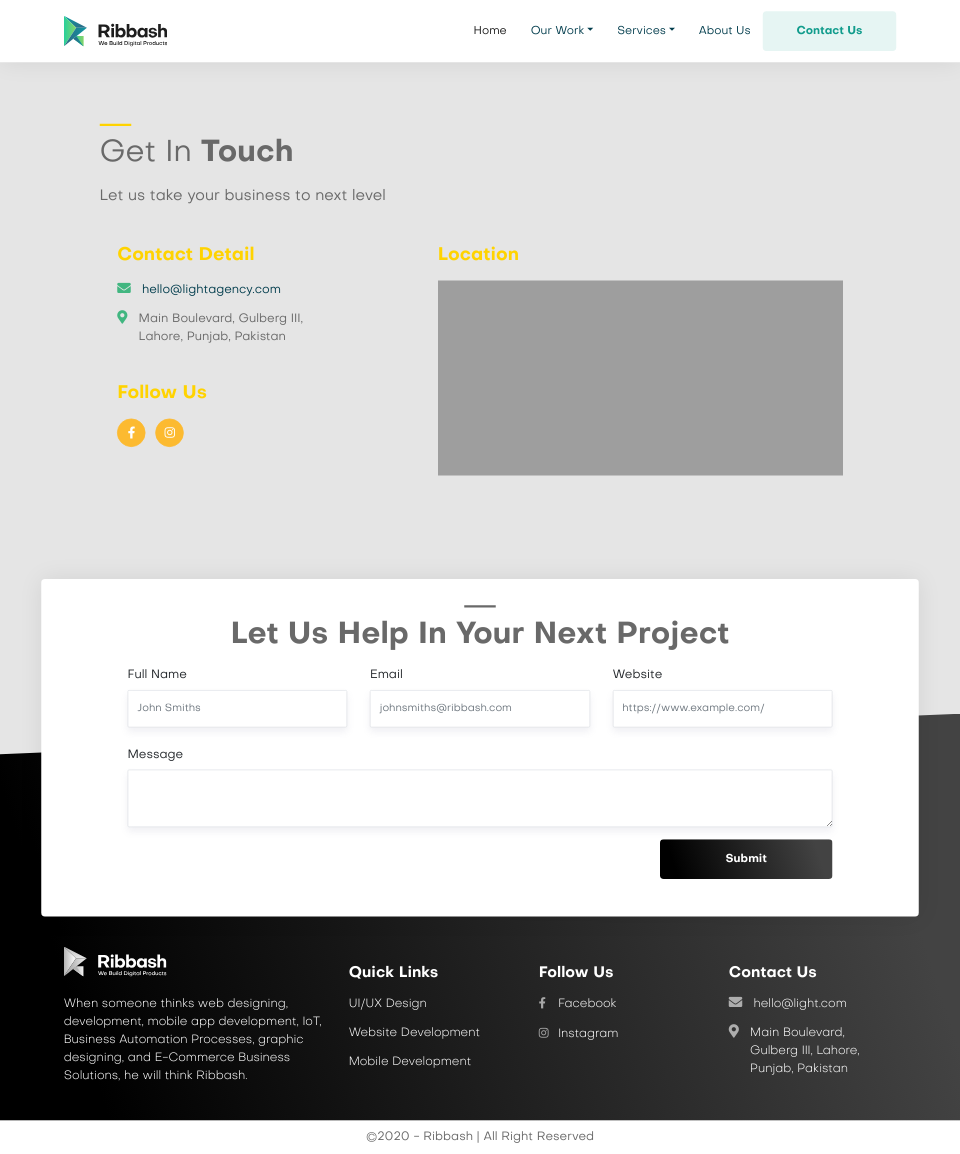
Repository: ahsankalim09/light-Agency
Page: contact-us.html
An editor plug-in stored every save of this project. The page is shown before and after the next save, followed by the edit.
The browser window is 1280 px wide. The pictures show the whole page, at 75% of full size.
Pictures or frames that could not be fetched are drawn as grey boxes.

Above is the page before, as saved 2020-11-07 18:34:15.

### contact-us.html
<!DOCTYPE html>
<html lang="en">

<!-- Mirrored from www.ribbash.com/contact-us.html by HTTrack Website Copier/3.x [XR&CO'2014], Sun, 11 Oct 2020 15:06:15 GMT -->
<head>
	<meta charset="UTF-8">
	<meta name="viewport" content="width=device-width, initial-scale=1.0">
	<title>Contact Us - Ribbash Digital</title>

	<!-- CSS -->
    <link rel="stylesheet" href="css/bootstrap.min.css" media="all" />
    <link rel="stylesheet" href="css/all.min.css" media="all" />
    <link rel="stylesheet" href="css/owl.carousel.min.css" media="all" />
	<link rel="stylesheet" href="css/owl.theme.default.min.css" media="all" />
	<link rel="stylesheet" href="css/animate.min.css" media="all" />

	<link rel="stylesheet" href="css/el_style.css">

    <link rel="stylesheet" href="css/style.css" media="all" />
    <link rel="stylesheet" href="css/colors.css" media="all" />
	<link rel="stylesheet" href="css/responsive.css" media="all" />

	<link rel="icon" href="img/favicon.svg" type="image/svg+xml" sizes="any" />

	<script src="../www.google.com/recaptcha/api.js" async defer></script>

	<!-- Global site tag (gtag.js) - Google Analytics -->
    <script async src="https://www.googletagmanager.com/gtag/js?id=UA-175567433-1"></script>
    <script>
      window.dataLayer = window.dataLayer || [];
      function gtag(){dataLayer.push(arguments);}
      gtag('js', new Date());

      gtag('config', 'UA-175567433-1');
    </script>

</head>

<body>
	<div class="rd-wrap">

		<!--Header Section Start-->
		<header class="rd-header fixed-top rd-header-white">
			<div class="container">
				<nav class="navbar navbar-expand-lg navbar-light px-0 rd-navbar">
					<a class="navbar-brand rd-logo py-0" href="index-2.html">
						<img src="img/logo-black.svg" alt="logo" />
					</a>
					<button class="navbar-toggler" type="button" data-toggle="collapse" data-target="#defaultNavbar1" aria-controls="defaultNavbar1" aria-expanded="false" aria-label="Toggle navigation">
						<span class="navbar-toggler-icon"></span>
					</button>

					<div class="collapse navbar-collapse" id="defaultNavbar1">
						<ul class="navbar-nav ml-auto rd-navmenu">
							<li class="nav-item active">
								<a class="nav-link pl-3 pr-3" href="index-2.html">Home <span class="sr-only">(current)</span></a>
							</li>
							<li class="nav-item dropdown">
								<a class="nav-link dropdown-toggle pl-3 pr-3" href="#" id="ourWorkDropdown" role="button" data-toggle="dropdown" aria-haspopup="true" aria-expanded="false">Our Work</a>
								<div class="dropdown-menu rd-dropdown-work" aria-labelledby="ourWorkDropdown">
									<div class="container">
										<div class="row row-cols-1 row-cols-lg-6 align-items-center justify-content-sm-center">
											<div class="col">
												<a class="dropdown-item" href="nomad.html" data-toggle="tooltip" data-placement="bottom" title="Nomad">
													<img src="img/Nomad.svg" alt="Nomad" />
													<span>Nomad</span>
												</a>
											</div>
											<div class="col">
												<a class="dropdown-item" href="onshore.html" data-toggle="tooltip" data-placement="bottom" title="Onshore Momentum">
													<img src="img/Onshore-Momentum.svg" alt="Onshore" />
													<span>Onshore Momentum</span>
												</a>
											</div>
											<div class="col">
												<a class="dropdown-item" href="one-gift.html" data-toggle="tooltip" data-placement="bottom" title="OneGift">
													<img src="img/OneGift.svg" alt="OneGift" />
													<span>OneGift</span>
												</a>
											</div>
											<div class="col">
												<a class="dropdown-item" href="no-bs-dashboard.html" data-toggle="tooltip" data-placement="bottom" title="NO-BS Dashboard">
													<img src="img/NO-BS.svg" alt="NO-BS Dashboard" />
													<span>NO-BS Dashboard</span>
												</a>
											</div>
											<div class="col">
												<a class="dropdown-item" href="yor-hero.html" data-toggle="tooltip" data-placement="bottom" title="YOR Hero">
													<img src="img/YorHero.svg" alt="YOR Hero" />
													<span>YOR Hero</span>
												</a>
											</div>
										</div>
									</div>
								</div>
							</li>
							<li class="nav-item dropdown">
								<a class="nav-link dropdown-toggle pl-3 pr-3" href="#" id="servicesDropdown" role="button" data-toggle="dropdown" aria-haspopup="true" aria-expanded="false">Services</a>
								<div class="dropdown-menu rd-dropdown-services" aria-labelledby="servicesDropdown">
									<div class="container">
										<div class="row row-cols-1 row-cols-lg-3">
											<div class="col">
												<a class="dropdown-item" href="ui-ux.html">
													<img src="img/ui-ux-icon.svg" alt="ui-ux-icon" />
													<span>UI/UX Design</span>
												</a>
											</div>
											<div class="col">
												<a class="dropdown-item" href="web-development.html">
													<img src="img/web-development-icon.svg" alt="web-developer-icon" />
													<span>Web Development</span>
												</a>
											</div>
											<div class="col">
												<a class="dropdown-item" href="mobile-development.html">
													<img src="img/mobile-development-icon.svg" alt="mobile-developer-icon" />
													<span>Mobile Development</span>
												</a>
											</div>
										</div>
									</div>
								</div>
							</li>
							<!-- <li class="nav-item"><a class="nav-link pl-3 pr-3" href="#">Jobs</a></li> -->
							<li class="nav-item"><a class="nav-link pl-3 pr-3" href="about-us.html">About Us</a></li>
							<li class="nav-item px-3 px-lg-0"><a class="btn btn-light rd-button rd-button-green rd-button-effect1" href="contact-us.html">Contact Us</a></li>
						</ul>
					</div>
				</nav>
			</div>
		</header>
		<!--Header Section End-->

		<!--Get In Touch Section Start-->
		<section class="rd-pt-180 rd-pb-65">
			<div class="container">
				<div class="row justify-content-md-center">
					<div class="col-12 col-lg-11">
						<div class="rd-infobox rd-text-dark mb-5 wow fadeInUp">
							<h2 class="rd-title rd-title-strip rd-title-strip-green mb-3">
								<span class="font-weight-normal">Get in</span>
								<span class="font-weight-bold">touch</span>
							</h2>
							<p class="rd-text">Let us take your business to next level</p>
						</div>
					</div>
				</div>
				<div class="row justify-content-md-around">
					<div class="col-12 col-md-5 col-lg-4 col-xl-3 wow fadeInLeft">
						<div class="rd-contact-detail-wrap mb-5 mb-md-0">
							<div class="rd-contact-detail mb-5">
								<h2 class="rd-mini-title rd-text-green mb-3">
									<span class="font-weight-bold">Contact Detail</span>
								</h2>
								<ul class="rd-contact-info list-inline rd-text-dark mb-0">
									<li>
										<i class="fas fa-envelope"></i>
										<a href="mailto:hello@ribbash.com">hello@lightagency.com</a>
									</li>
									<!-- <li>
										<i class="fas fa-phone-alt"></i>
										<a href="#">+92 3xx xxxxxxx</a>
									</li> -->
									<li>
										<i class="fas fa-map-marker-alt"></i>
										<span>Main Boulevard, Gulberg III, Lahore, Punjab, Pakistan</span>
									</li>
								</ul>
							</div>
							<div class="rd-social-links">
								<h2 class="rd-mini-title rd-text-green mb-3">
									<span class="font-weight-bold">Follow us</span>
								</h2>
								<ul class="rd-social-links list-inline mb-0">
									<li class="list-inline-item">
										<a href="http://facebook.com/ribbashdigital" target="_blank"><i class="fab fa-facebook-f"></i></a>
									</li>
									<li class="list-inline-item">
										<a href="http://instagram.com/ribbashdigital" target="_blank"><i class="fab fa-instagram"></i></a>
									</li>
								</ul>
							</div>
						</div>
					</div>
					<div class="col-12 col-md-6 wow fadeInRight">
						<div class="rd-location">
							<h2 class="rd-mini-title rd-text-green mb-3">
								<span class="font-weight-bold">Location</span>
							</h2>
							<div class="rd-map">
								<iframe src="https://www.google.com/maps/embed?pb=!1m18!1m12!1m3!1d27213.593394060907!2d74.32574853281356!3d31.504951607962795!2m3!1f0!2f0!3f0!3m2!1i1024!2i768!4f13.1!3m3!1m2!1s0x3919045a28ff1d39%3A0xf71e739b84b3c3c!2sGulberg%20III%2C%20Lahore%2C%20Punjab%2C%20Pakistan!5e0!3m2!1sen!2s!4v1593698321407!5m2!1sen!2s" width="100%" height="260" frameborder="0" style="border:0;" allowfullscreen="" aria-hidden="false" tabindex="0"></iframe>
							</div>
						</div>
					</div>
				</div>
			</div>
		</section>
		<!--Get In Touch Section End-->

		<!--Contact Form Section Start-->
        <section class="rd-contact-form-section rd-pt-65">
            <div class="container-fluid">
                <div class="rd-contact-form-box rd-container-1170 wow pulse">
                    <div class="rd-infobox text-center">
                        <h2 class="rd-title rd-title-strip rd-title-strip-dark rd-title-strip-center rd-text-dark mb-3">
                            <span class="font-weight-bold">Let Us Help In Your Next Project</span>
                        </h2>
                    </div>
                    <form class="rd-contact-form" action="https://www.ribbash.com/includes/contact-form-handler.php" method="post">
                        <div class="row">
                            <div class="form-group col-md-4 mb-4">
                                <label for="full-name">Full Name</label>
                                <input type="text" name="full-name" id="full-name" class="form-control" placeholder="John Smiths">
                            </div>
                            <div class="form-group col-md-4 mb-4">
                                <label for="email">Email</label>
                                <input type="email" name="email" id="email" class="form-control" placeholder="johnsmiths@ribbash.com" required>
                            </div>
                            <div class="form-group col-md-4 mb-4">
                                <label for="website">Website</label>
                                <input type="text" name="website" id="website" class="form-control" placeholder="https://www.example.com/">
                            </div>
                        </div>
                        <div class="form-group">
                            <label for="message">Message</label>
                            <textarea class="form-control" name="message" id="message" rows="3" required></textarea>
                        </div>
                        <div class="d-sm-flex justify-content-sm-end align-items-sm-end text-center">
                            <div class="g-recaptcha" data-sitekey="6LfEOMMZAAAAAFNCLAlcVjky3u9YUYHCsePmSyY_"></div>
                            <button class="btn btn-light rd-button rd-gradient-bg-orient-blue rd-button-effect1 mt-4 mt-sm-0 ml-sm-3" type="submit">Submit</button>
                        </div>
                    </form>
                </div>
            </div>
        </section>
        <!--Contact Form Section End-->

		<!--Footer Section Start-->
		<footer class="rd-footer">
			<div class="rd-footer-top rd-gradient-bg-orient-blue pb-5 rd-clip-bg-top-left font-weight-light">
				<div class="container">
					<div class="row d-none">
						<div class="col">
							<div class="rd-infobox text-center">
								<h2 class="rd-title rd-title-strip rd-title-strip-center text-white mb-3">
									<span class="font-weight-bold">Company News</span>
								</h2>
							</div>
							<!--Owl-Carousel Start-->
							<div class="owl-carousel owl-theme rd-blog-carousel">
								<div class="card rd-blog-item border-0">
									<figure class="rd-blog-img mb-0">
										<img src="img/mask-group--14.jpg" srcset="img/mask-group--14@2x.jpg 2x, img/mask-group--14@3x.jpg 3x" alt="">
									</figure>
									<div class="card-body d-flex flex-column rd-blog-content">
										<h4 class="rd-blog-title">
											<a href="#">Lorem Ipsum is simply dummy text of the printing</a>
										</h4>
										<div class="rd-blog-metadata mt-auto">
											<span class="rd-blog-published"><i class="far fa-calendar-alt"></i>2 Days Ago</span>
											<span class="rd-blog-time"><i class="far fa-clock"></i>2 mint</span>
										</div>
									</div>
								</div>
								<div class="card rd-blog-item border-0">
									<figure class="rd-blog-img mb-0">
										<img src="img/mask-group--11.jpg" srcset="img/mask-group--11@2x.jpg 2x, img/mask-group--11@3x.jpg 3x" alt="">
									</figure>
									<div class="card-body d-flex flex-column rd-blog-content">
										<h4 class="rd-blog-title">
											<a href="#">Porem Ipsum is simply dummy of the printing and typesetting.</a>
										</h4>
										<div class="rd-blog-metadata mt-auto">
											<span class="rd-blog-published"><i class="far fa-calendar-alt"></i>2 Days Ago</span>
											<span class="rd-blog-time"><i class="far fa-clock"></i>2 mint</span>
										</div>
									</div>
								</div>
								<div class="card rd-blog-item border-0">
									<figure class="rd-blog-img mb-0">
										<img src="img/people-inside-room-3184657.jpg" srcset="img/people-inside-room-3184657@2x.jpg 2x, img/people-inside-room-3184657@3x.jpg 3x" alt="">
									</figure>
									<div class="card-body d-flex flex-column rd-blog-content">
										<h4 class="rd-blog-title">
											<a href="#">Horem Ipsum has been the industrys standard dummy text ever since.</a>
										</h4>
										<div class="rd-blog-metadata mt-auto">
											<span class="rd-blog-published"><i class="far fa-calendar-alt"></i>2 Days Ago</span>
											<span class="rd-blog-time"><i class="far fa-clock"></i>2 mint</span>
										</div>
									</div>
								</div>
								<div class="card rd-blog-item border-0">
									<figure class="rd-blog-img mb-0">
										<img src="img/mask-group--11.jpg" srcset="img/mask-group--11@2x.jpg 2x, img/mask-group--11@3x.jpg 3x" alt="">
									</figure>
									<div class="card-body d-flex flex-column rd-blog-content">
										<h4 class="rd-blog-title">
											<a href="#">Porem Ipsum is simply dummy of the printing and typesetting.</a>
										</h4>
										<div class="rd-blog-metadata mt-auto">
											<span class="rd-blog-published"><i class="far fa-calendar-alt"></i>2 Days Ago</span>
											<span class="rd-blog-time"><i class="far fa-clock"></i>2 mint</span>
										</div>
									</div>
								</div>
							</div>
							<!--Owl-Carousel End-->
						</div>
					</div>
					<span class="rd-divider w-100 mt-5 mb-5 d-none"></span>
					<div class="row text-white">
						<div class="col-12 col-md-4">
							<div class="rd-footer-intro">
								<a class="rd-footer-logo d-inline-block mb-4" href="index-2.html">
									<img src="img/logo-white.svg" alt="logo" />
								</a>
								<p class="mb-0">When someone thinks web designing, development, mobile app development, IoT, Business Automation Processes, graphic designing, and E-Commerce Business Solutions, he will think Ribbash.</p>
							</div>
						</div>
						<div class="col-12 col-md-8">
							<div class="row">
								<div class="col-12 col-md-4">
										<h4 class="rd-sub-title mt-4 mb-3">Quick Links</h4>
										<ul class="rd-footer-list rd-quick-links list-inline mb-0">
											<li><a href="ui-ux.html">UI/UX Design</a></li>
											<li><a href="web-development.html">Website Development</a></li>
											<li><a href="mobile-development.html">Mobile Development</a></li>
										</ul>
								</div>
								<div class="col-12 col-md-4">
									<div class="rd-footer-links-wrap">
										<h4 class="rd-sub-title mt-4 mb-3">Follow Us</h4>
										<ul class="rd-footer-list rd-social-links-vr list-inline mb-0">
											<li>
												<i class="fab fa-facebook-f"></i>
												<a  target="_blank">Facebook</a>
											</li>
											<li>
												<i class="fab fa-instagram"></i>
												<a  target="_blank">Instagram</a>
											</li>
										</ul>
									</div>
								</div>
								<div class="col-12 col-md-4">
									<div class="rd-footer-links-wrap">
										<h4 class="rd-sub-title mt-4 mb-3">Contact Us</h4>
										<ul class="rd-footer-list rd-contact-info list-inline mb-0">
											<li>
												<i class="fas fa-envelope"></i>
												<a href="mailto:hello@ribbash.com">hello@light.com</a>
											</li>
											<li class="d-flex align-items-baseline">
												<i class="fas fa-map-marker-alt"></i>
												<span>Main Boulevard, Gulberg III, Lahore, Punjab, Pakistan</span>
											</li>
										</ul>
									</div>
								</div>
							</div>
						</div>
					</div>
				</div>
			</div>
			<div class="rd-copyright-footer rd-text-dark">
				<div class="container">
					<div class="row">
						<div class="col-12 text-center">
							<p class="rd-sub-text mb-0 font-weight-normal">©2020 - Ribbash | All Right Reserved</p>
						</div>
					</div>
				</div>
			</div>
		</footer>
		<!--Footer End-->

	</div>


    <!-- jQuery library -->
	<script src="js/jquery-3.4.1.min.js"></script>
	<script src="js/bootstrap.bundle.min.js"></script>
	<script src="js/owl.carousel.min.js"></script>
	<script src="js/wow.min.js"></script>

	<script src="js/bodymovin.js"></script>
	<script src="js/home_index.js"></script>
	<script src="js/jquery.parallax-scroll.js"></script>

	<script src="js/custom-script.js"></script>

</body>

<!-- Mirrored from www.ribbash.com/contact-us.html by HTTrack Website Copier/3.x [XR&CO'2014], Sun, 11 Oct 2020 15:06:15 GMT -->
</html>

### css/colors.css
/* CSS Document */

/*Dark*/
.rd-text-dark,
.rd-copyright-footer a,
.dropdown-item {
	color: #696969;
}

.rd-color-bg-dark,
.rd-title-strip-dark::before,
.rd-button-effect1::before,
.rd-button-effect1::after {
	background-color: #696969;
}

/*Green*/
.rd-text-green,
.rd-features-list-green .rd-features-list-item::before {
	color: #ffd300;
}

.rd-color-bg-green,
.rd-title-strip-green::before {
	background-color: #ffd300;
}

/*Orange*/
.rd-features-list-orange .rd-features-list-item::before {
	color: #f16c1f;
}

.rd-color-bg-orange,
.rd-title-strip-orange::before,
.rd-button.rd-color-bg-orange:hover {
	background-color: #f16c1f;
}

/*yellow*/
.rd-features-list-yellow .rd-features-list-item::before {
	color: #fcba30;
}

.rd-color-bg-yellow,
.rd-title-strip-yellow::before,
.rd-button.rd-color-bg-yellow:hover {
	background-color: #fcba30;
}

/*red*/
.rd-features-list-red .rd-features-list-item::before {
	color: #f15d34;
}

.rd-color-bg-red,
.rd-title-strip-red::before,
.rd-button.rd-color-bg-red:hover {
	background-color: #f15d34;
}

/*White*/
.rd-color-white,
.rd-blog-title,
.rd-blog-title a,
.rd-footer-list li a,
.rd-button-effect1:hover {
	color: #fff;
}

.rd-color-bg-white,
.rd-copyright-footer,
.rd-contact-form-box {
	background-color: #fff;
}

/* Gray-Blue */
.rd-color-grayBlue {
	color: #342f3f;
}

/* Dark Grayish Blue */
.rd-bg-dark-grayish-blue {
	background-color: #202c34;
}

/* Orient Blue */
.rd-bg-orient-blue {
	background-color: #ffd300;
}

/* Purple */
.rd-bg-purple {
	background-color: #ffd300;
}



/*----------------*/
/* Gradient */
/*----------------*/

/* Green*/
.rd-gradient-bg-green,
.rd-title-strip-gradient-green::before {
	background-color: #ffd300;
	background-image: -webkit-linear-gradient(114deg, #000000, #0113112e);
	background-image: -moz-linear-gradient(114deg, #000000, #0113112e);
	background-image: linear-gradient(114deg, #000000, #0113112e);
}


/*Blue*/
.rd-gradient-bg-blue,
.rd-title-strip-blue::before {
	background-image: -webkit-linear-gradient(256deg, #000000, #0113112e);
	background-image: -moz-linear-gradient(256deg, #000000, #0113112e);
	background-image: linear-gradient(256deg, #000000, #0113112e);
}


/* Dark Blue */
.rd-gradient-bg-dark-blue {
	background-image: -webkit-linear-gradient(114deg, #f2ff00, #9ba2aa);
	background-image: -moz-linear-gradient(114deg, #f2ff00, #9ba2aa);
	background-image: linear-gradient(114deg, #f2ff00, #9ba2aa);
}


/* Sky Blue */
.rd-gradient-bg-sky-blue {
	background-image: -webkit-linear-gradient(114deg, #19dc12, #d2e814);
	background-image: -moz-linear-gradient(114deg, #19dc12, #d2e814);
	background-image: linear-gradient(114deg, #19dc12, #d2e814);
}


/* Orient Blue */
.rd-gradient-bg-orient-blue {
	background-image: -webkit-linear-gradient(72deg,#000000 10%, #434343 90%);
	background-image: -moz-linear-gradient(72deg, #000000 10%, #434343 90%);
	background-image: linear-gradient(72deg, #000000 10%, #434343 90%);
}


/* Yellow */
.rd-gradient-bg-yellow {
	background-image: -webkit-linear-gradient(114deg, rgba(252, 186, 48, 0.7), rgba(253, 171, 0, 0.7) 100%);
	background-image: -moz-linear-gradient(114deg, rgba(252, 186, 48, 0.7), rgba(253, 171, 0, 0.7) 100%);
	background-image: linear-gradient(114deg, rgba(252, 186, 48, 0.7), rgba(253, 171, 0, 0.7) 100%);
}

Loaded but not shown: css/bootstrap.min.css (library); css/all.min.css (library); css/owl.carousel.min.css (library); css/owl.theme.default.min.css (common file); css/animate.min.css (library); js/jquery-3.4.1.min.js (library); js/bootstrap.bundle.min.js (library); js/owl.carousel.min.js (library); js/wow.min.js (library); js/bodymovin.js (library); js/jquery.parallax-scroll.js (library); js/home_index.js (217 lines, source omitted); js/custom-script.js (229 lines, source omitted); css/el_style.css (1482 lines, source omitted); css/style.css (1903 lines, source omitted); css/responsive.css (539 lines, source omitted)

After the next save:
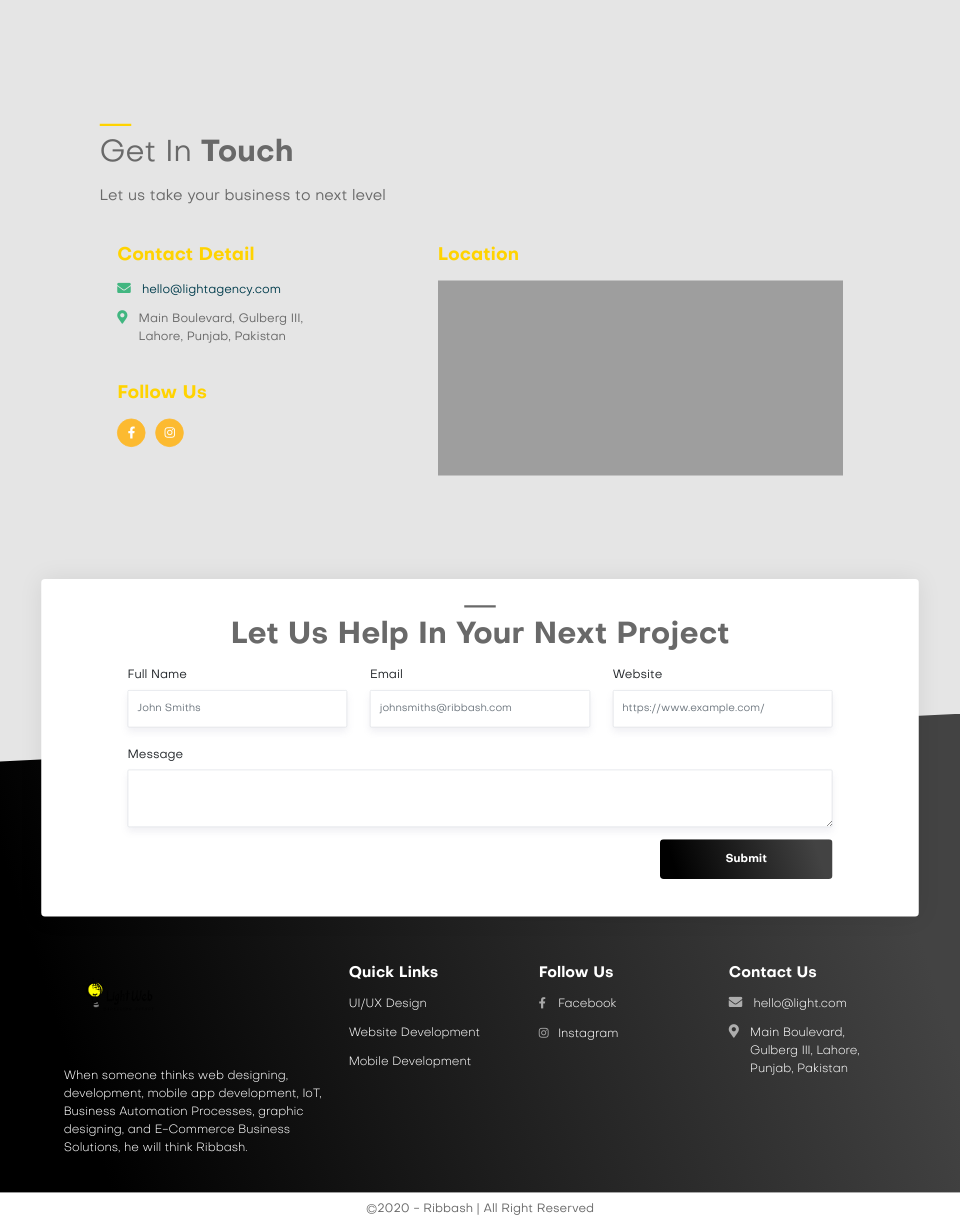
Saved 24 s later.
--- a/contact-us.html
+++ b/contact-us.html
@@ -313,7 +313,7 @@
 						<div class="col-12 col-md-4">
 							<div class="rd-footer-intro">
 								<a class="rd-footer-logo d-inline-block mb-4" href="index-2.html">
-									<img src="img/logo-white.svg" alt="logo" />
+									<img src="assests/images/LOGO-01.png" alt="logo" />
 								</a>
 								<p class="mb-0">When someone thinks web designing, development, mobile app development, IoT, Business Automation Processes, graphic designing, and E-Commerce Business Solutions, he will think Ribbash.</p>
 							</div>
